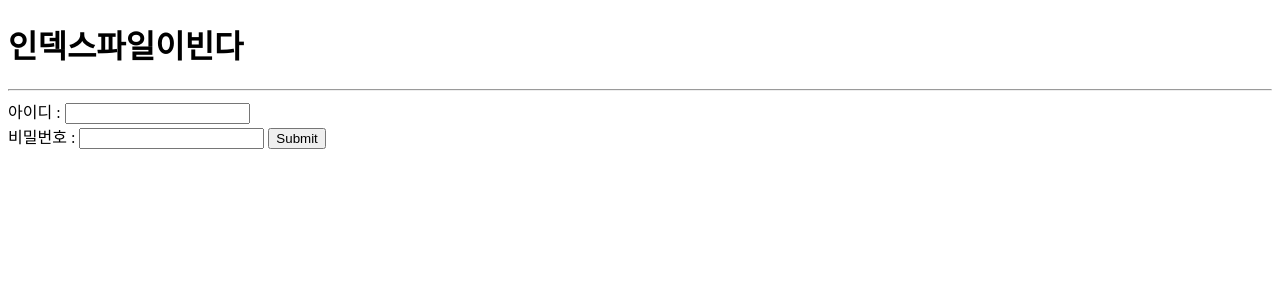
Repository: loseminho/khAcademy-Study
Page: http://localhost/01_SpringMVC/
These files come from the project's save history. The page is drawn as it stood at one moment and after the next save; the edit follows.
The browser window is 1280 px wide. The pictures show the whole page.
The page is served by Tomcat 9.

Above is the page before, as saved 2022-09-29 08:03:11.

After the next save:
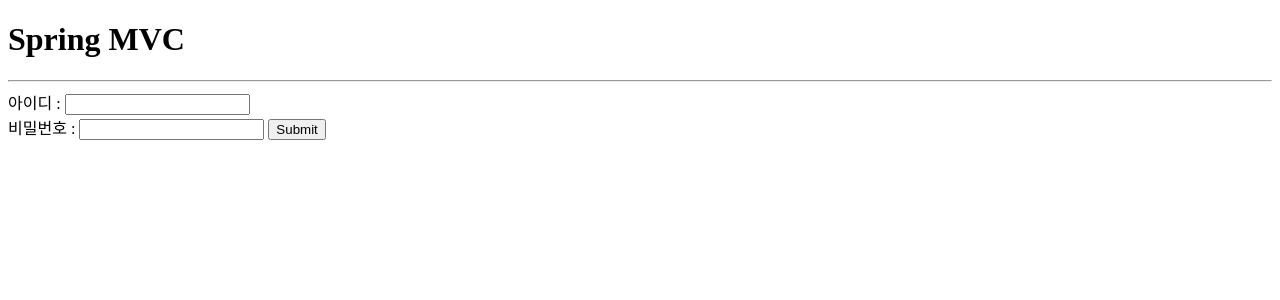
Saved 11 s later.
--- a/spring/workspace-sts-3.9.13.RELEASE/01_SpringMVC/src/main/webapp/index.jsp
+++ b/spring/workspace-sts-3.9.13.RELEASE/01_SpringMVC/src/main/webapp/index.jsp
@@ -8,7 +8,7 @@
 </head>
 <body>
 <%System.out.println("접속이 들어왔습니다!");%>
-	<h1>인덱스파일이빈다</h1>
+	<h1>Spring MVC</h1>
 	<hr>
 	<form action="/login.do" method="post">
 		아이디 : <input type="text" name="memberId"><br>
